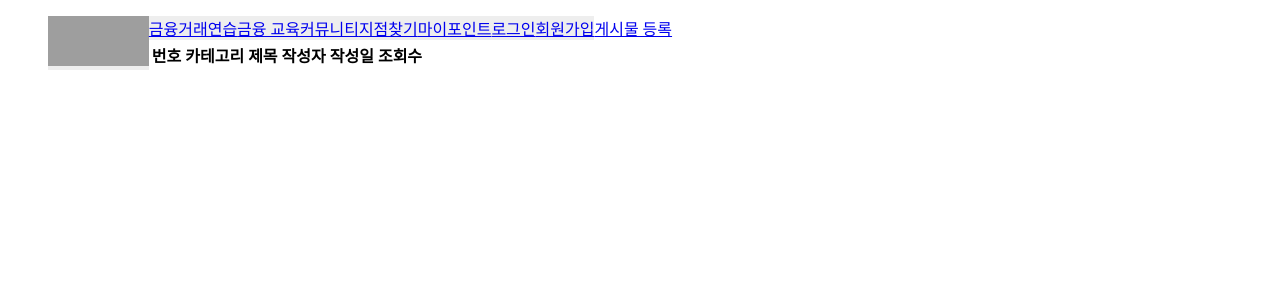
Repository: syc98syc/KB04_TeamProject
Page: http://localhost/jgig/WEB-INF/jsp/board/list.jsp
The author's editor kept a copy of each file at every save. The page is drawn from the files as they stood at one save, then again after the next save.
The browser window is 1280 px wide. The pictures show the whole page.
Pictures or frames that could not be fetched are drawn as grey boxes. The page is served by Tomcat 9. Nobody is signed in. Other server files are loaded and not shown. The template is opened directly, without the code that normally fills it, so the values that code supplies are empty.

Above is the page before, as saved 2023-09-06 01:05:18.

### jgig/src/main/webapp/WEB-INF/jsp/board/list.jsp
<%@ page language="java" contentType="text/html; charset=UTF-8"
    pageEncoding="UTF-8"%>
<%@ taglib uri="http://java.sun.com/jsp/jstl/core" prefix="c" %>
<!DOCTYPE html>
<html>
<head>
<meta charset="UTF-8">
<title>웹게시물 목록</title>
<style>
	img {
		width: 7vmin;
		height: 7vmin;
	}
	ul{
		list-style: none;
	}
	li{
		float: left;
		background: #eee;
		display:inline-block;
	}
</style>
</head>
<body>
	<div id = "TopsideMenu">
		<nav>
				<ul><!-- 각 항목 클릭 시 iframe 부분을 해당 사이트로 변경 -->
					<li><img src="resources/img/KB.png"></li>
					<li><img src="resources/img/지금입금.png"></li>
					<li class="menu1"><a href="#">금융거래연습</a></li>
					<li class="menu2"><a href="#">금융 교육</a></li>
					<li class="menu3"><a href="#">커뮤니티</a></li>
					<li class="menu4"><a href="#">지점찾기</a></li>
					<li class="menu5"><a href="#">마이포인트</a></li>
					<li class="menu6"><a href="#">로그인</a></li>
					<li class="menu7"><a href="#">회원가입</a></li>
				</ul>
		</nav>
	</div>


	<a href="/board_insert_form">게시물 등록</a> <br>
	<table>
		<tr>
		<th>번호</th>
		<th>카테고리</th>
		<th>제목</th>
		<th>작성자</th>
		<th>작성일</th>
		<th>조회수</th>
		<c:forEach items="${board_list}" var="brd">
		<tr>
			<td>${brd.brd_id }</td>
			<td>${brd.brd_category }</td>
			<td><a href="board_detail?no=${brd.brd_id}">${brd.title}</a></td>
			<td>${brd.mem_id }</td>
			<td>${brd.brd_date_created }</td>
			<td>${brd.brd_view }</td>
		</tr>
		</c:forEach>
	</table>

</body>
</html>

After the next save:
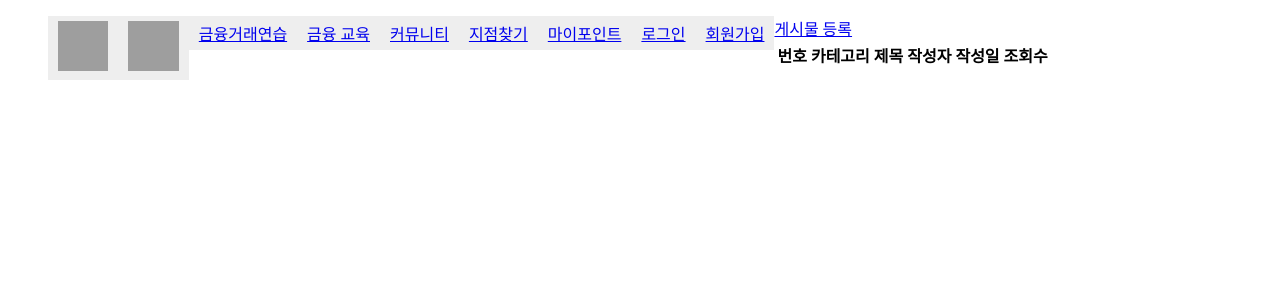
Saved 20 s later.
--- a/jgig/src/main/webapp/WEB-INF/jsp/board/list.jsp
+++ b/jgig/src/main/webapp/WEB-INF/jsp/board/list.jsp
@@ -17,7 +17,7 @@
 	li{
 		float: left;
 		background: #eee;
-		display:inline-block;
+		padding:5px 10px;
 	}
 </style>
 </head>
